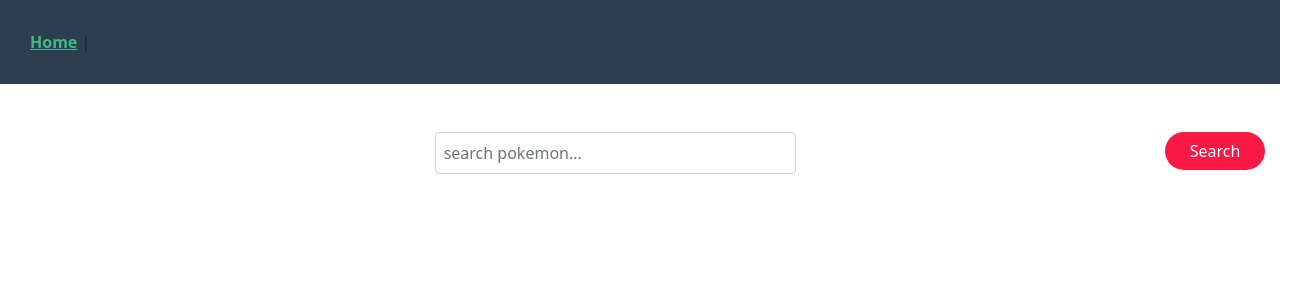
Repository: arif286/PokeDex-website
Page: /
An editor plug-in stored every save of this project. The page is shown before and after the next save, followed by the edit.
The browser window is 1280 px wide. The page is 1292 px wide, so the pictures cover 1292 px, including what lies to the right of the window. The pictures show the whole page.
The page's requests for data from a server got no answer. The project was rebuilt for these pictures with package versions that can differ from the ones it lists, and the page was loaded fresh each time. No one was signed in, and anything a server would have sent is missing. Also part of the build but not shown: src/views/About.vue.

Above is the page before, as saved 2021-06-04 01:46:36.

### src/main.js
import "bootstrap";
import "bootstrap/dist/css/bootstrap.min.css";
import { createApp } from 'vue';
import App from './App.vue';
import router from './router';


createApp(App).use(router).mount('#app')

### src/App.vue
<template>
  <div id="nav">
    <router-link to="/">Home</router-link> |
    <!-- <router-link to="/pokemon">About</router-link> -->
  </div>
  <router-view />
</template>

<style>
#nav {
  padding: 30px;
  background-color: #2c3e50;
}

#nav a {
  font-weight: bold;
  color: #2c3e50;
}

#nav a.router-link-exact-active {
  color: #42b983;
}
</style>

### src/router/index.js
import { createRouter, createWebHistory } from 'vue-router';
import About from '../views/About.vue';
import Home from '../views/Home.vue';

const routes = [
  {
    path: '/',
    name: 'Home',
    component: Home
  },
  {
    path: '/pokemon/:id',
    name: 'pokemon',
    component: About,
  }
]

const router = createRouter({
  history: createWebHistory(),
  routes,
});

export default router

### src/views/Home.vue
<template>
  <div class="row mb-5 mt-5 justify-content-center">
    <div class="d-flex col-md-5 col-lg-4 search-box">
      <input
        @keyup="update"
        class="form-control searchBar"
        type="text"
        placeholder="search pokemon..."
      />
      <input class="search-btn" type="submit" value="Search" />
    </div>
  </div>
  <div class="container">
    <div class="row">
      <div
        class="col-md-4 pb-4"
        v-for="(pokemon, index) in pokemons"
        :key="index"
      >
        <div class="card">
          <img
            class="w-100"
            :src="
              `http://pokeres.bastionbot.org/images/pokemon/${index + 1}.png`
            "
            alt=""
          />
          <h3 class="text-center">{{ pokemon.name }}</h3>
          <button @click="handleView(pokemon.name)" class="btn btn-danger">
            View details
          </button>
        </div>
      </div>
    </div>
  </div>
</template>

<script>
import axios from "axios";

export default {
  name: "Home",
  // components: {
  //   HelloWorld
  // }
  data() {
    return {
      pokemons: null,
    };
  },
  methods: {
    update(e) {
      console.log("name", e.target.value);
      fetch(`https://pokeapi.co/api/v2/pokemon/${e.target.value}?limit=150`)
        .then((res) => res.json())
        .then((data) => console.log(data));
    },
    handleView(name) {
      console.log(name);
      this.$router.push({ name: "pokemon", params: { id: name } });
    },
  },
  created() {
    axios.get(`https://pokeapi.co/api/v2/pokemon/?limit=30`).then((res) => {
      this.pokemons = res.data.results;
      console.log(this.pokemons);
    });
  },
};
</script>
<style scoped>
.home input {
  margin-top: 50px;
  padding: 10px;
  margin-bottom: 50px;
}
.home {
  text-align: center;
}
.searchBar {
  position: relative;
  width: 88%;
  padding: 8px;
}
.search-btn {
  outline: none;
  background-color: #f91944;
  display: inline-block;
  width: 100px;
  padding: 7px;
  border-radius: 50px;
  color: #fff;
  border: none;
  font-weight: 300;
  position: absolute;
  right: 0;
  margin-right: 15px;
}
</style>

Loaded but not shown: public/index.html (common file)

After the next save:
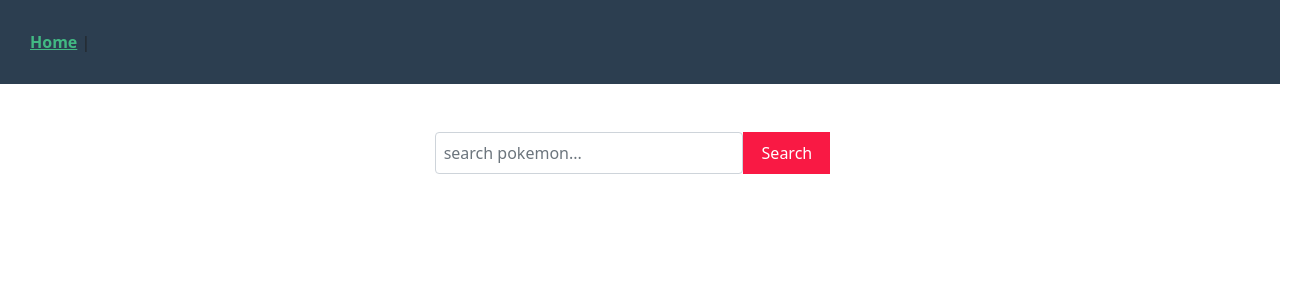
Saved 16 s later.
--- a/src/views/Home.vue
+++ b/src/views/Home.vue
@@ -88,11 +88,11 @@ export default {
   display: inline-block;
   width: 100px;
   padding: 7px;
-  border-radius: 50px;
+  /* border-radius: 50px; */
   color: #fff;
   border: none;
   font-weight: 300;
-  position: absolute;
+  /* position: absolute; */
   right: 0;
   margin-right: 15px;
 }
